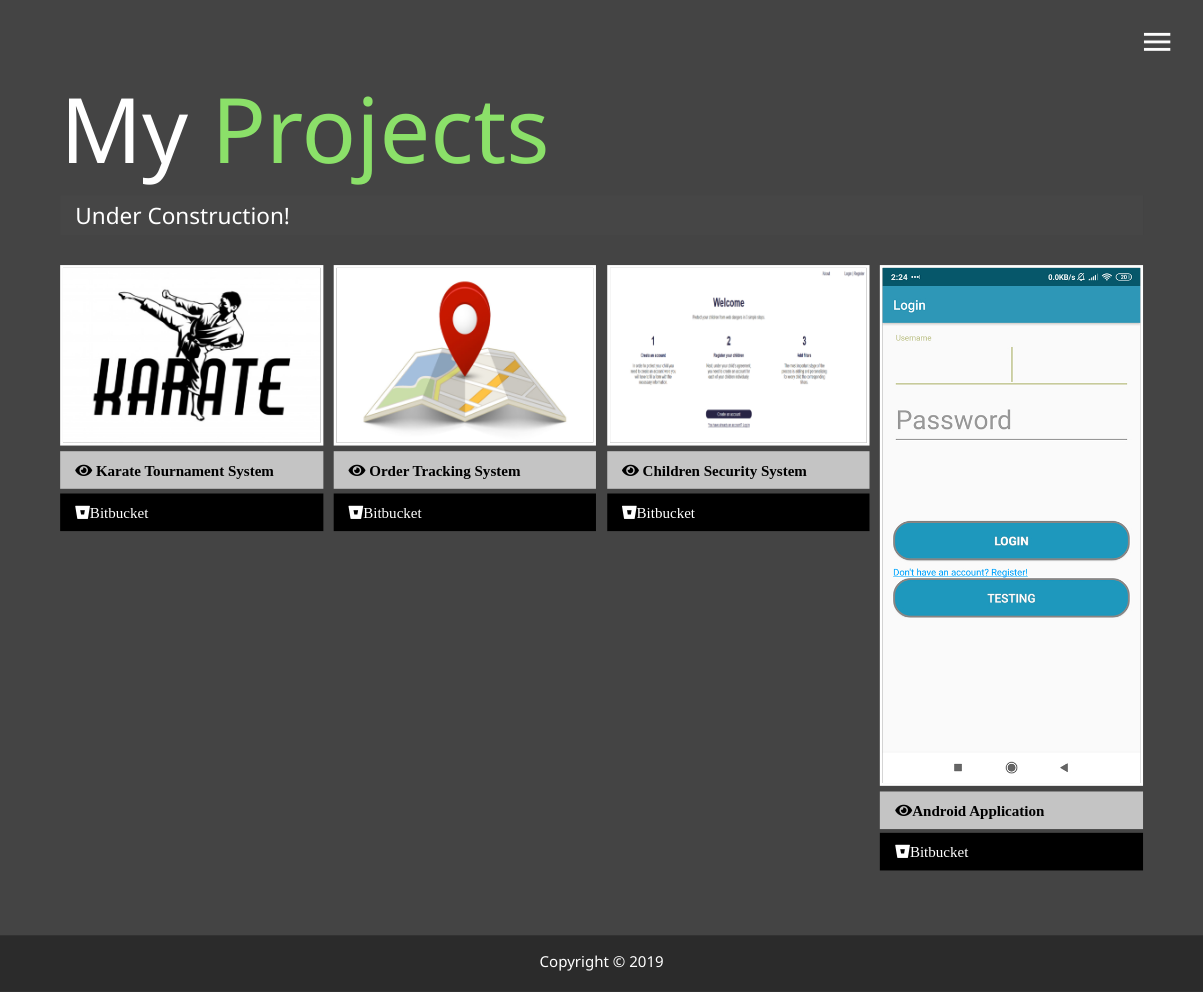
Repository: Preap/portfolio
Page: dist/work.html
These files come from the project's save history. The page is drawn as it stood at one moment and after the next save; the edit follows.
The browser window is 1280 px wide. The pictures show the whole page, at 94% of full size.
Some web libraries are served in a nearby version.

Above is the page before, as saved 2019-06-06 02:39:33.

After the next save:
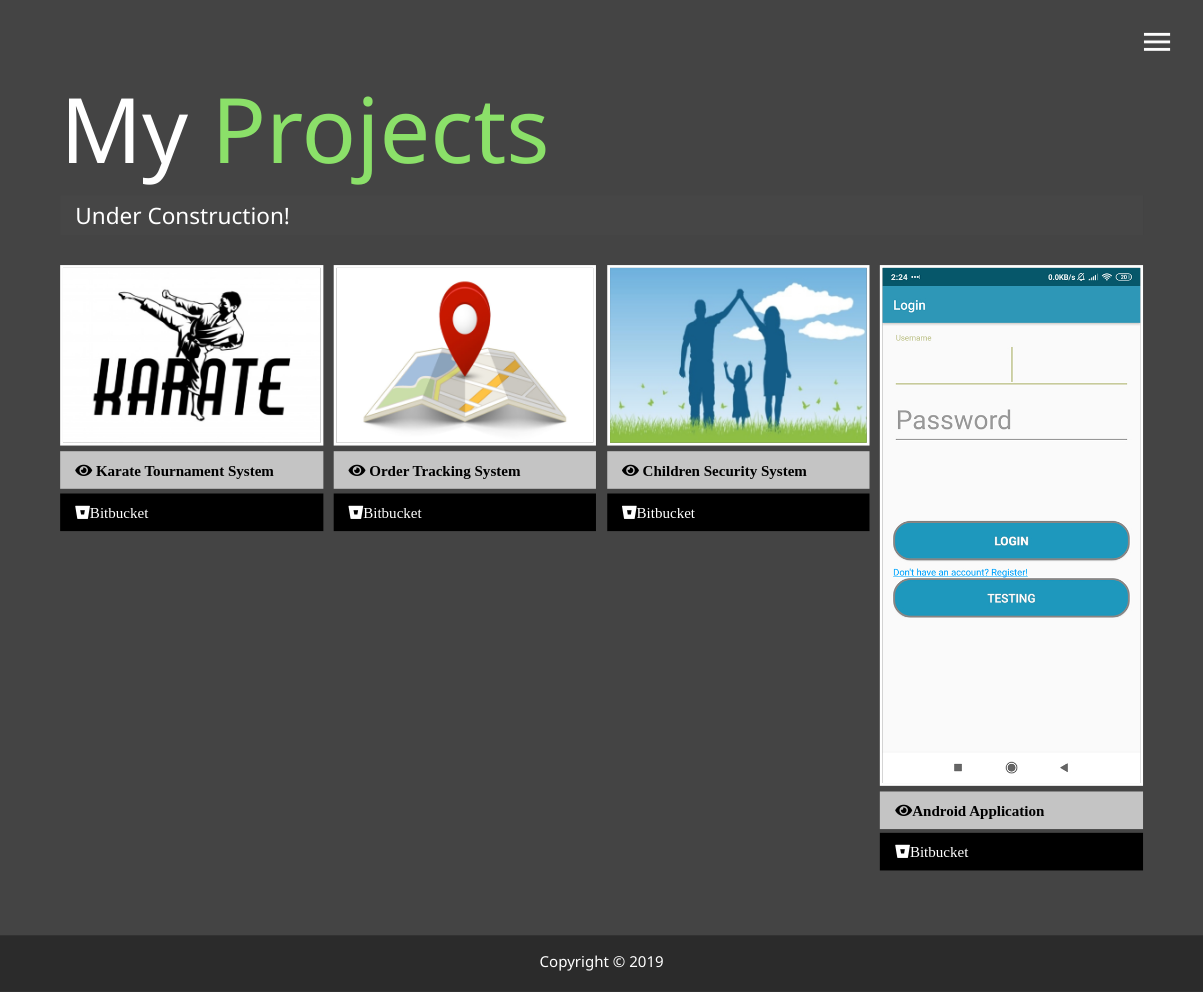
Saved 2 min 42 s later.
--- a/dist/work.html
+++ b/dist/work.html
@@ -76,7 +76,7 @@
         </div>
         <div class="item">
           <a href="./projects/encase.html">
-            <img src="./img/projects/encase/image1.jpg" alt="encase_image" />
+            <img src="./img/projects/encase/logo.jpg" alt="encase_image" />
           </a>
 
           <a href="#!" class="btn-light">
